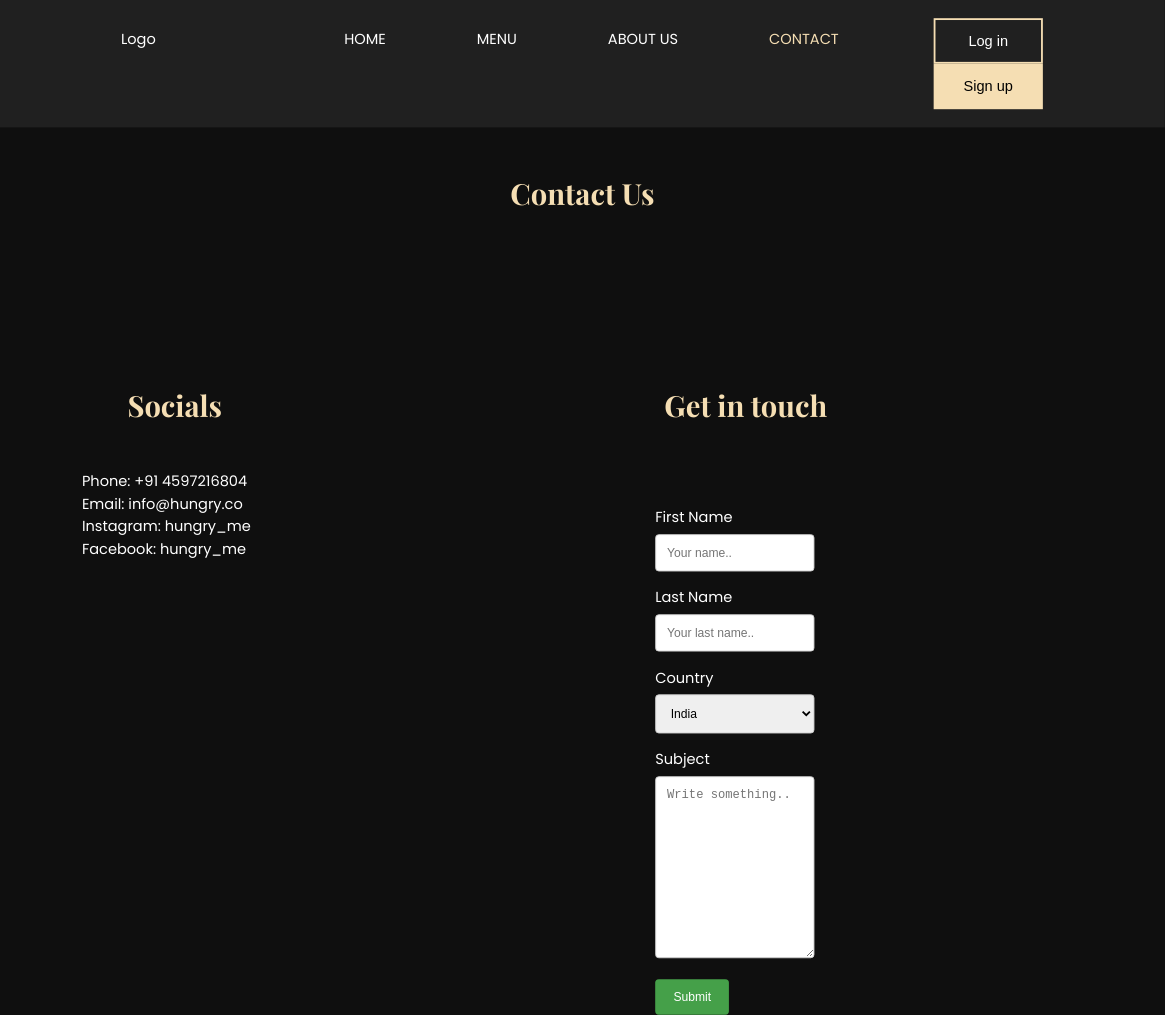
Repository: ThisIsSahaj/NSP
Page: contact.html
An editor plug-in stored every save of this project. The page is shown before and after the next save, followed by the edit.
The browser window is 1280 px wide. The pictures show the whole page, at 91% of full size.
The pointer rests on the first visible `input[type=submit]`.

Above is the page before, as saved 2023-12-26 22:54:56.

### contact.html
<!DOCTYPE html>
<html lang="en">
<head>
    <meta charset="UTF-8">
    <meta http-equiv="X-UA-Compatible" content="IE=edge">
    <meta name="viewport" content="width=device-width, initial-scale=1.0">
    <title>Contact</title>
    <link rel="stylesheet" href="style.css">
</head>
<body>

    <header>

        <nav class="nav">
            <div class="logo">
                Logo
            </div>
            <div class="menu">
                <ul>
                   <a href="index.html" class="navAni"> <li>Home</li> </a>
                   <a href="index.html" class="navAni"> <li>Menu</li> </a>
                   <a href="about.html" class="navAni"> <li>About Us</li> </a>
                   <a href="" class="active navAni"> <li>Contact</li> </a>
            </ul>
        </div>
        <div class="button">
            <button class="login">Log in</button>
            <button class="signup">Sign up</button>
        </div>
    </nav>
</header>


<div class="about">
    <h1>Contact Us</h1>
    <div class="aboutBox">
       <div>
        <h1 style="color: wheat;">Socials</h1>
        <p>Phone: +91 4597216804</p>
        <p>Email: info@hungry.co</p>
        <p>Instagram: hungry_me</p>
        <p>Facebook: hungry_me</p>
    </div>


       <div>
        <h1 style="color: wheat;">Get in touch</h1>
        <div class="formContainer">
            <form >

              <label for="fname">First Name</label>
              <input type="text" id="fname" name="firstname" placeholder="Your name..">

              <label for="lname">Last Name</label>
              <input type="text" id="lname" name="lastname" placeholder="Your last name..">

              <label for="country">Country</label>
              <select id="country" name="country">
                <option value="australia">India</option>
                <option value="canada">Canada</option>
                <option value="usa">USA</option>
              </select>

              <label for="subject">Subject</label>
              <textarea id="subject" name="subject" placeholder="Write something.." style="height:200px"></textarea>

              <input type="submit" value="Submit">

            </form>
          </div>
       </div>
    </div>

</div>
</body>
</html>

### style.css
@import url('https://fonts.googleapis.com/css2?family=Poppins:wght@300;400;500;600;700&family=Roboto:wght@100;300;400;500;700;900&display=swap');

@import url('https://fonts.googleapis.com/css2?family=Playfair+Display:wght@400;500;600;700;800;900&family=Poppins:wght@300;400;500;600;700&family=Roboto:wght@100;300;400;500;700;900&display=swap');


*{
    margin: 0px;
    padding: 0px;
    box-sizing: border-box;

}

body{
    background-color: #0F0F0F;
    font-family: 'Poppins', sans-serif;
    /* color: rgb(224, 212, 212); */
    color: white;
}

header{
    margin-top: 0px;
    background-color: #202020;
    padding: 20px;
}
nav{
    display: flex;
    flex-direction: row;
    justify-content: space-around;
}

ul {
    display: flex;
    flex-direction: row;
    list-style: none;
    /* border: 2px solid green; */
}
a {
    color: #fff;
    text-transform: uppercase;
    text-decoration: none;
    /* letter-spacing: 0.15em;      */
    /* display: inline-block; */
    /* padding: 15px 20px; */
    position: relative;
    /* border: 2px solid red; */
}
.navAni:after {
    background: none repeat scroll 0 0 transparent;
    bottom: 0;
    content: "";
    display: block;
    height: 2px;
    left: 50%;
    position: absolute;
    background: #fff;
    transition: width 0.3s ease 0s, left 0.3s ease 0s;
    width: 0;
    margin-bottom: 10px;
}

.navAni:hover:after {
    width: 100%;
    left: 0;
    background-color:wheat;
}
.active{
    color: wheat;
}


.logo{
    width: 20%;
    margin: 10px;
    display: flex;
    justify-content: center;
    /* border: 2px solid hotpink; */

}
.menu ul li{
    margin: 10px 50px;

}

.menu{
    width: 60%;
    display: flex;
    justify-content: center;
    /* border: 2px solid blue; */

}
.button{
    width: 20%;
    /* border: 2px solid hotpink; */
}
button {
    height: 50px;
    width: 120px;
    margin: 0px 10px;
    /* border-radius: 50px; */
    background-color: wheat;
    font-size: 16px;
    cursor: pointer;
    border: none;
}

button:hover{
    background-color: transparent;
    color: white;
    border: 2px solid wheat;
}

.login{
border: 2px solid wheat;
background-color: transparent;
color: white;

}

.login:hover {
    background-color: wheat;
    color: black;
}

.viewMenu{
    margin: 50px;
    border: none;
    width: 160px;
    height: 60px;
}

.sec1{
    /* border: 2px solid red; */
    height: 870px;
    width: 100%;
    background-image: url("assets/images/hero-slider-1.jpg");

    display: flex;
    flex-direction: column;
    justify-content: center;
    align-items: center;
    font-size: 96px;
    font-family: "Playfair Display";
}


.sec2{
width: 100%;
height: 870px;
display: flex;
flex-direction: column;
/* justify-content: center; */
align-items: center;
}

.sec2 p{
    color: wheat;
    font-size: 18px;
    margin: 50px 0px;
}

.about{
    width: 100%;
    height: 50vw;
    display: flex;
    flex-direction: column;
    /* justify-content: center; */
    align-items: center;
    }

.about h1{
    font-family: "Playfair Display";
    margin: 50px;
    color: wheat;
    }

 .aboutBox{
    width: 100%;
    height: 20vw;

    display: flex;
    flex-direction: row;
    justify-content: center;
    padding: 50px;
 }

 .aboutBox div{
    width: 50%;
    padding: 40px;
    height: 60%;
 }


.cardContainer{
    width: 100%;
    height: 700px;
    display: flex;
    flex-direction: row;
    padding: 40px;
    justify-content: center;
}


 .card {
    box-shadow: 0 4px 8px 0 rgba(155, 155, 155, 0.2);
    transition: 0.3s;
    width: 20%;
    height: 70%;
    border-radius: 5px;
    margin: 0px 20px;
    cursor: pointer;
  }

  .card:hover {
    box-shadow: 0 8px 16px 0 rgba(155, 155, 155, 0.2);
  }

  img {
    border-radius: 5px 5px 0 0;
  }

  .container {
    padding: 2px 16px;
    text-align: center;
  }
  .container p{
    font-size: 24px;
  }





  input[type=text], select, textarea {
    width: 100%; /* Full width */
    padding: 12px; /* Some padding */
    border: 1px solid #ccc; /* Gray border */
    border-radius: 4px; /* Rounded borders */
    box-sizing: border-box; /* Make sure that padding and width stays in place */
    margin-top: 6px; /* Add a top margin */
    margin-bottom: 16px; /* Bottom margin */
    resize: vertical /* Allow the user to vertically resize the textarea (not horizontally) */
  }

  /* Style the submit button with a specific background color etc */
  input[type=submit] {
    background-color: #04AA6D;
    color: white;
    padding: 12px 20px;
    border: none;
    border-radius: 4px;
    cursor: pointer;
  }

  /* When moving the mouse over the submit button, add a darker green color */
  input[type=submit]:hover {
    background-color: #45a049;
  }

  /* Add a background color and some padding around the form */
  .container {
    border-radius: 5px;
    background-color: #f2f2f2;
    padding: 20px;
  }

After the next save:
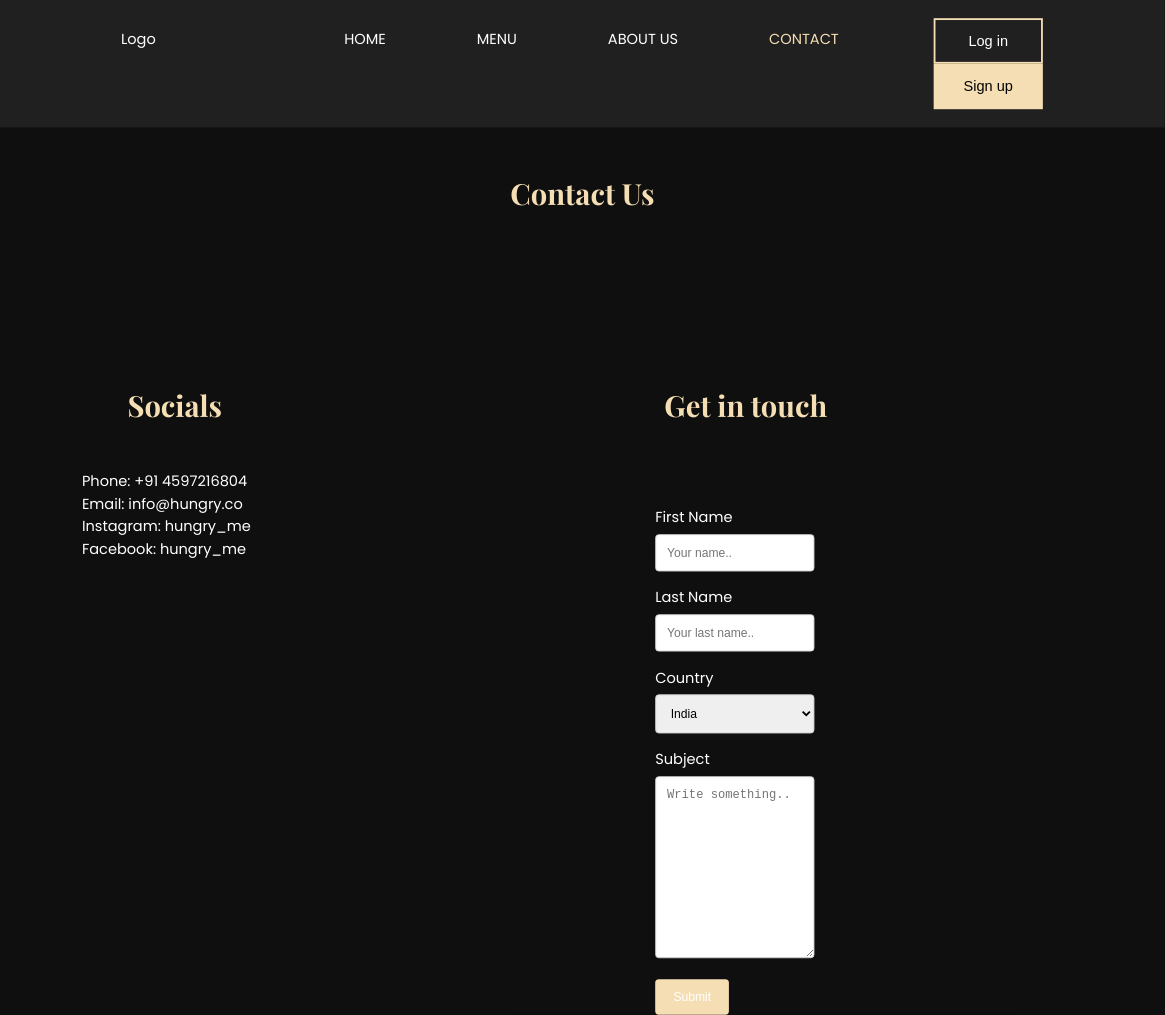
Saved 32 s later.
--- a/style.css
+++ b/style.css
@@ -253,7 +253,7 @@ align-items: center;
 
   /* When moving the mouse over the submit button, add a darker green color */
   input[type=submit]:hover {
-    background-color: #45a049;
+    background-color: wheat;
   }
 
   /* Add a background color and some padding around the form */
